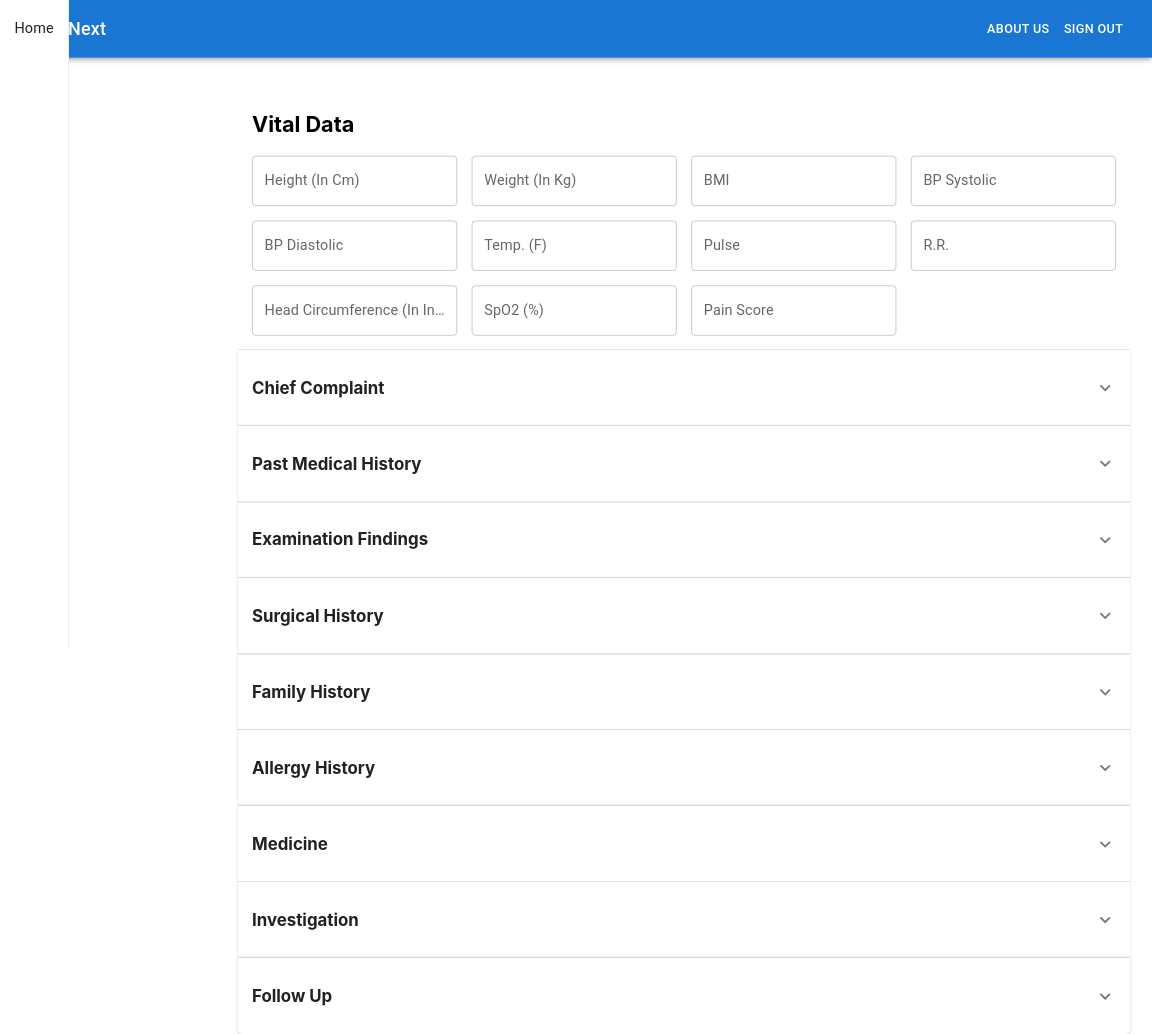
Repository: sshaiv/demo_project
Page: /
The author's editor kept a copy of each file at every save. The page is drawn from the files as they stood at one save, then again after the next save.
The browser window is 1280 px wide. The pictures show the whole page, at 90% of full size.
The project was rebuilt for these pictures with package versions that can differ from the ones it lists, and the page was loaded fresh each time.

Above is the page before, as saved 2024-08-12 20:00:43.

After the next save:
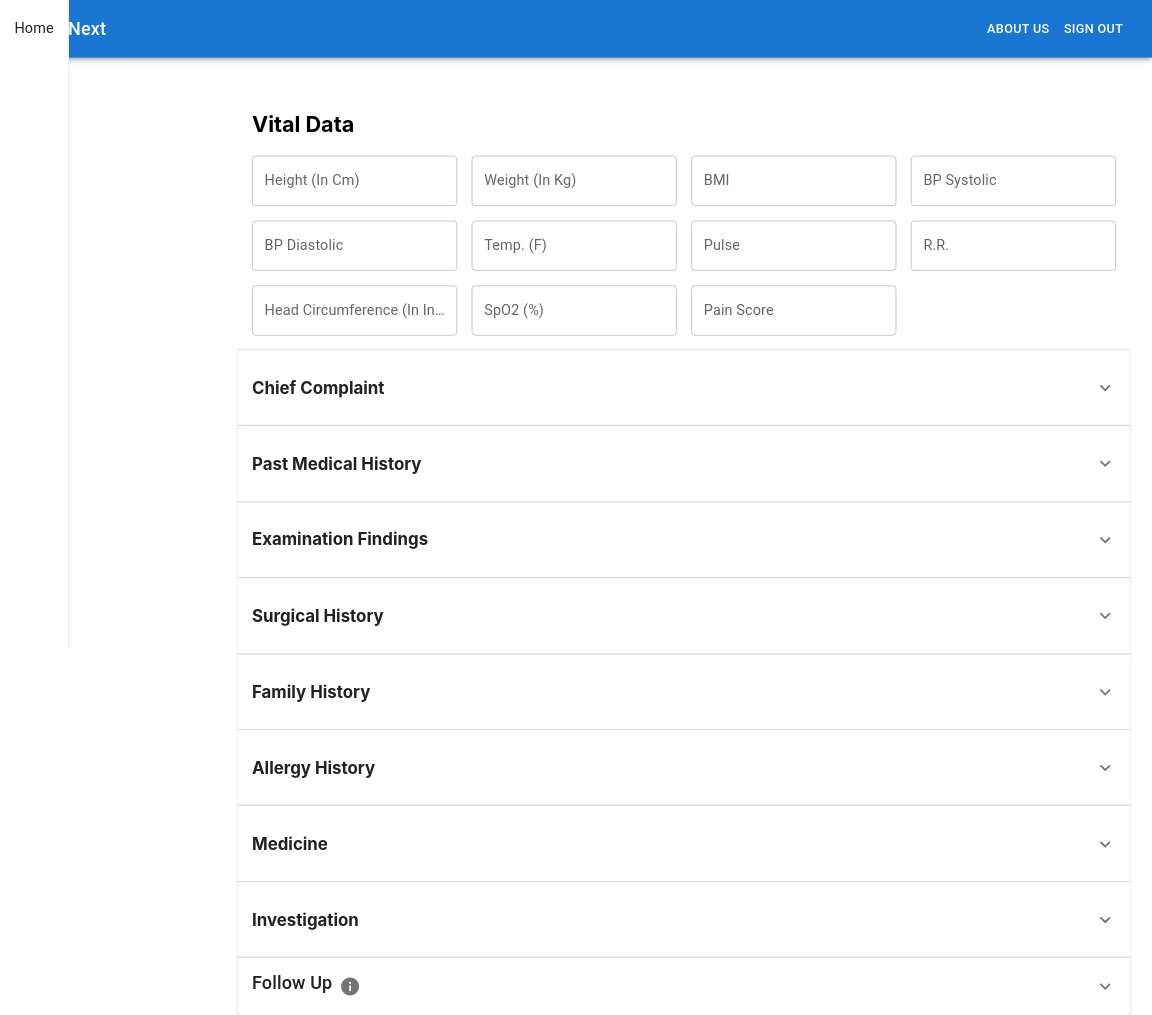
Saved 16 s later.
--- a/src/components/FollowUpSection.js
+++ b/src/components/FollowUpSection.js
@@ -1,32 +1,39 @@
 import React from 'react';
-import { Accordion, AccordionSummary, AccordionDetails, TextField, Grid, Button } from '@mui/material';
+import { Accordion, AccordionSummary, AccordionDetails, TextField, Typography, Grid, Button } from '@mui/material';
 import ExpandMoreIcon from '@mui/icons-material/ExpandMore';
+import InfoIcon from '@mui/icons-material/Info';
+import IconButton from '@mui/material/IconButton';
 
-const FollowUpSection = () => (
-  <Accordion>
-    <AccordionSummary expandIcon={<ExpandMoreIcon />}>
-      <h3>Follow Up</h3>
-    </AccordionSummary>
-    <AccordionDetails>
-      <Grid container spacing={2}>
-        <Grid item xs={12} sm={6}>
-          <TextField label="Date Time" fullWidth />
+const FollowUpSection = () => {
+  return (
+    <Accordion>
+      <AccordionSummary expandIcon={<ExpandMoreIcon />}>
+        <Typography variant="h6">Follow Up</Typography>
+        <IconButton>
+          <InfoIcon />
+        </IconButton>
+      </AccordionSummary>
+      <AccordionDetails>
+        <Grid container spacing={3}>
+          <Grid item xs={12} sm={6}>
+            <TextField label="Date Time" fullWidth />
+          </Grid>
+          <Grid item xs={12} sm={6}>
+            <TextField label="Remark" fullWidth />
+          </Grid>
+          <Grid item xs={12} sm={6}>
+            <TextField label="Refer Doctor" fullWidth />
+          </Grid>
+          <Grid item xs={12} sm={6}>
+            <TextField label="Remark" fullWidth />
+          </Grid>
         </Grid>
-        <Grid item xs={12} sm={6}>
-          <TextField label="Remark" fullWidth />
-        </Grid>
-        <Grid item xs={12} sm={6}>
-          <TextField label="Refer Doctor" fullWidth />
-        </Grid>
-        <Grid item xs={12} sm={6}>
-          <TextField label="Remark" fullWidth />
-        </Grid>
-        <Grid item xs={12}>
-          <Button variant="contained">Follow Up Save</Button>
-        </Grid>
-      </Grid>
-    </AccordionDetails>
-  </Accordion>
-);
+        <Button variant="contained" color="primary" style={{ marginTop: '16px' }}>
+          Follow Up Save
+        </Button>
+      </AccordionDetails>
+    </Accordion>
+  );
+};
 
 export default FollowUpSection;
